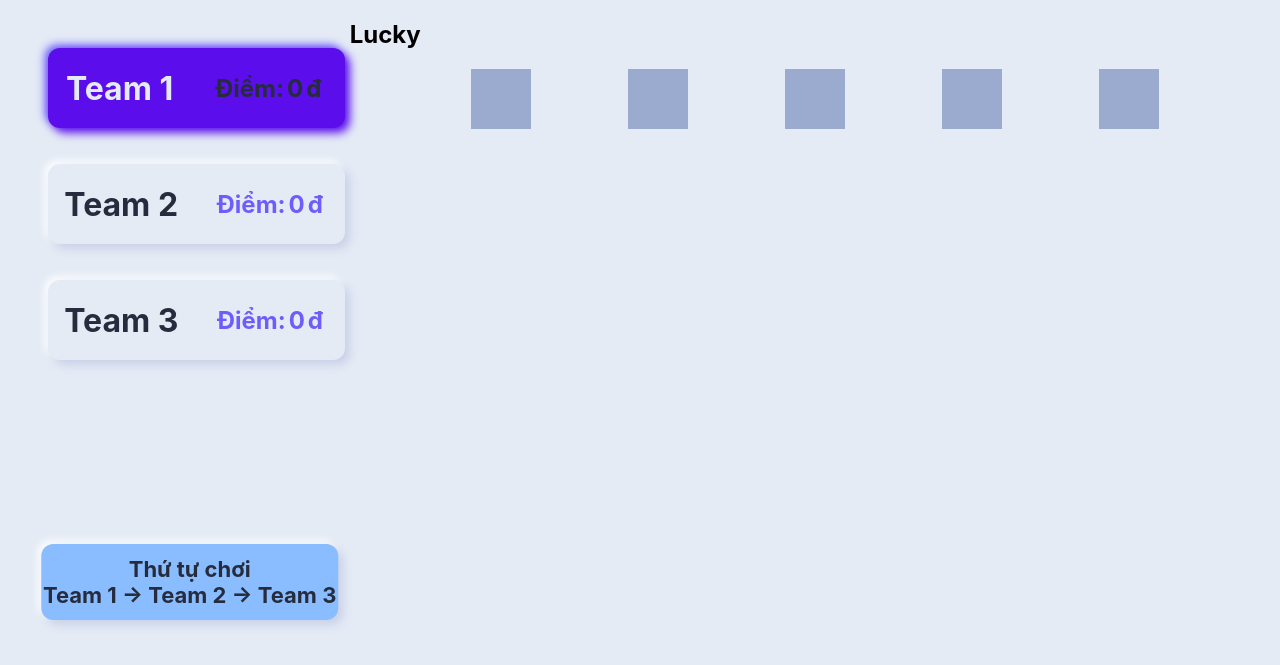
Repository: tinh2044/quzzi_game
Page: /
These files come from the project's save history. The page is drawn as it stood at one moment and after the next save; the edit follows.
The browser window is 1280 px wide. The pictures show the whole page.
The project was rebuilt for these pictures with package versions that can differ from the ones it lists, and the page was loaded fresh each time. Also part of the build but not shown: src/components/Notification.jsx, src/components/AnswerItem.jsx, src/components/Question.jsx, src/components/SortTeam.jsx.

Above is the page before, as saved 2022-12-15 09:44:08.

After the next save:
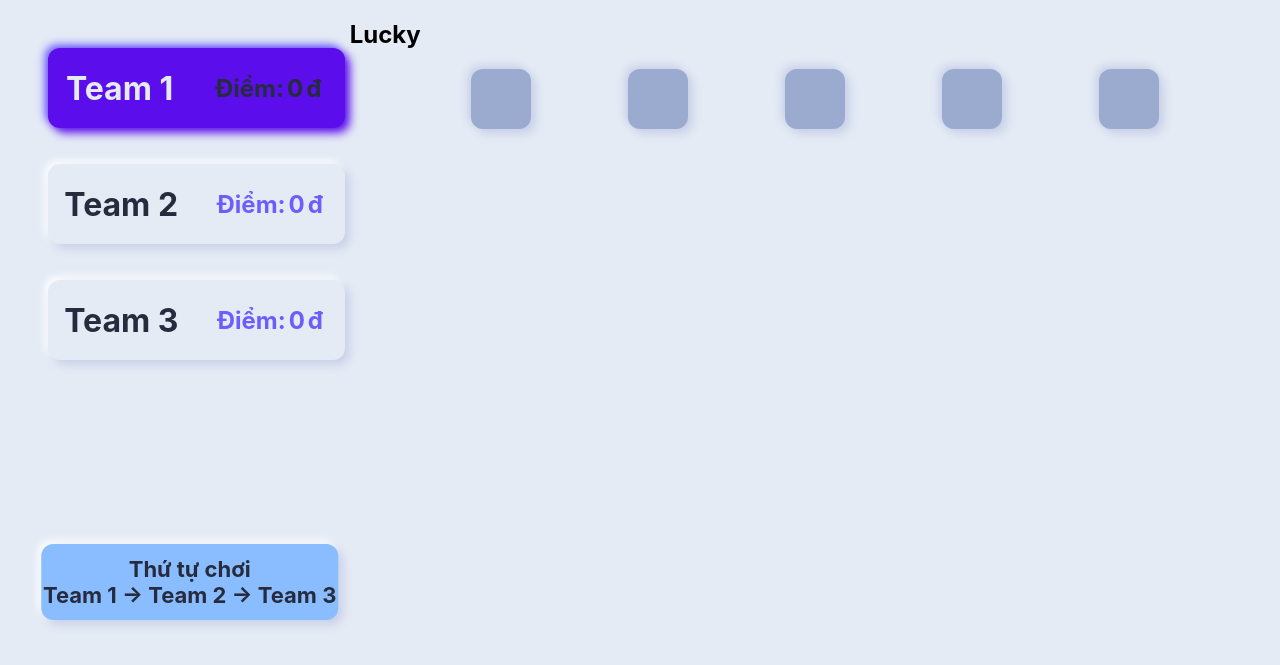
Saved 30 s later.
--- a/src/App.css
+++ b/src/App.css
@@ -312,5 +312,7 @@ input:focus {
 .item-lucky {
     width: 60px;
     height: 60px;
+    border-radius: 12px;
     background-color: var(--greyDark);
-}
+    box-shadow: 0.3rem 0.3rem 0.6rem var(--greyLight-2), -0.2rem -0.2rem 0.5rem var(--greyLight-2);
+}
